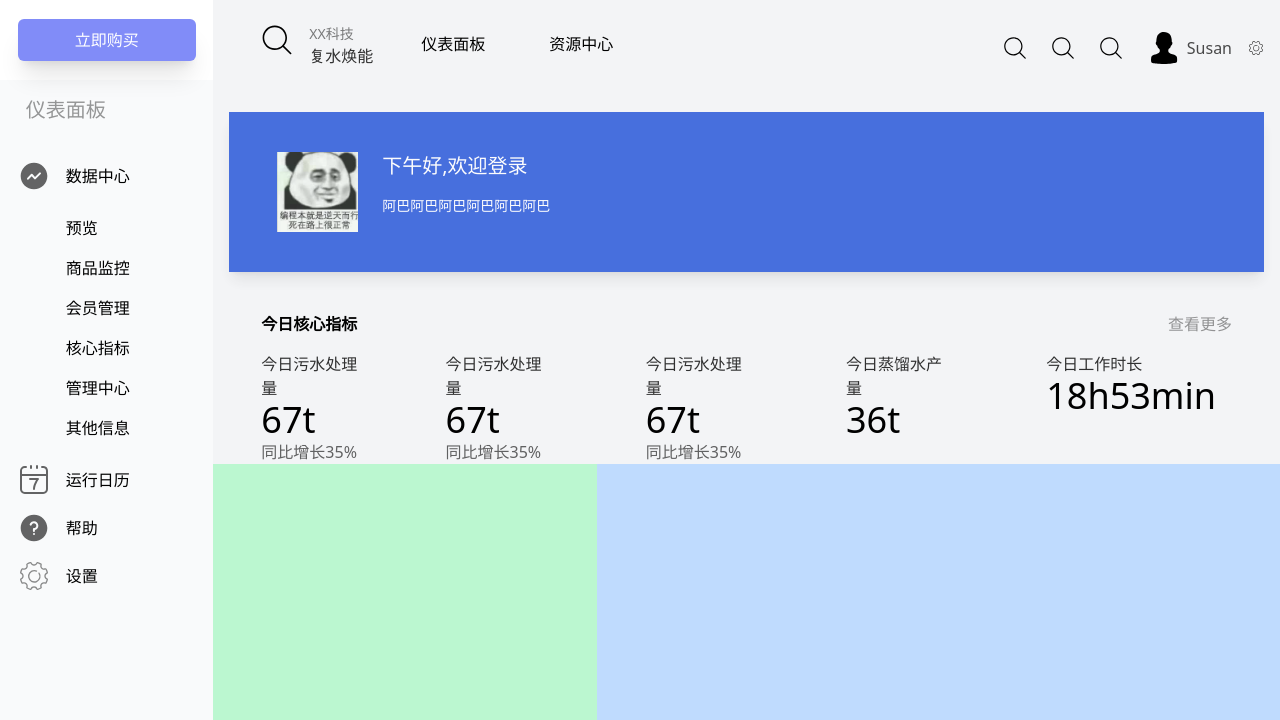
Repository: LiuRuohui/useWater
Page: /
The author's editor kept a copy of each file at every save. The page is drawn from the files as they stood at one save, then again after the next save.
The browser window is 1280 px wide. The pictures show the whole page.
The project was rebuilt for these pictures with package versions that can differ from the ones it lists, and the page was loaded fresh each time. Also part of the build but not shown: vite.config.js.

Above is the page before, as saved 2022-04-06 23:32:36.

After the next save:
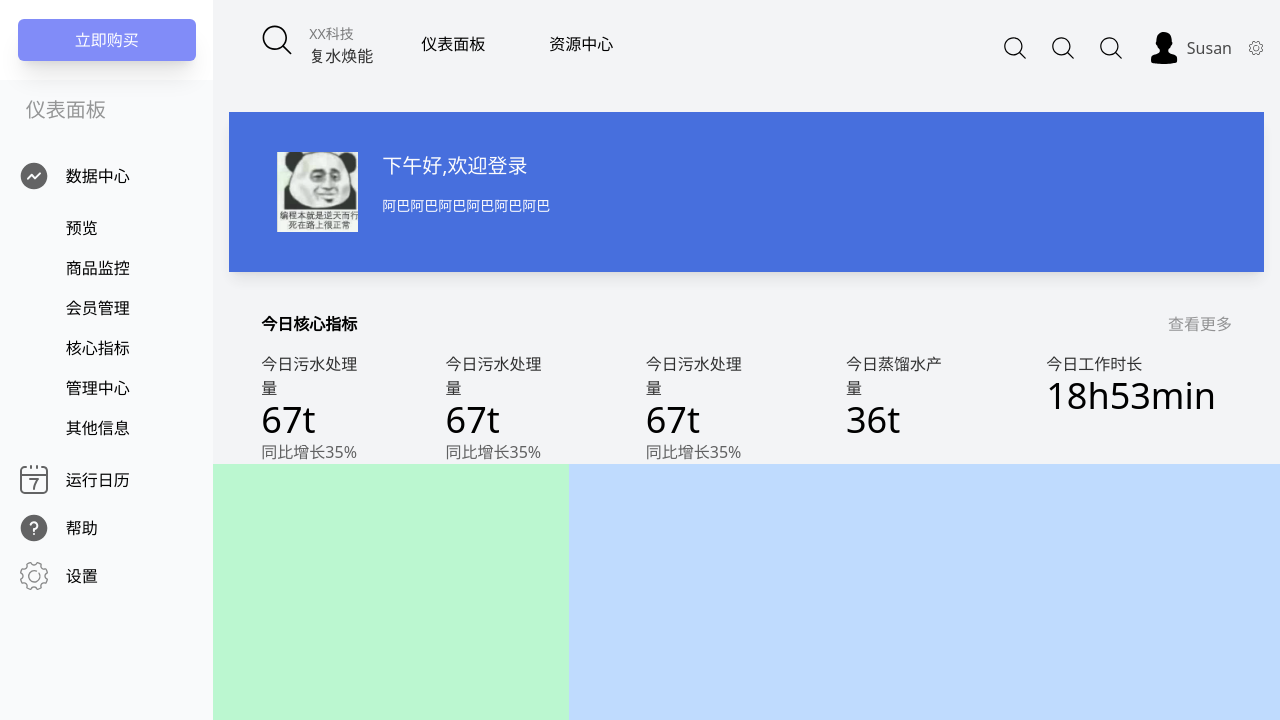
Saved 7 s later.
--- a/src/components/HelloWorld.vue
+++ b/src/components/HelloWorld.vue
@@ -105,7 +105,7 @@
           </div>
       </div>
       <div class="flex flex-grow flex-row bg-blue-200">
-          <div class="w-96 bg-green-200">
+          <div class="w-1/3 bg-green-200">
 
           </div>
       </div>
